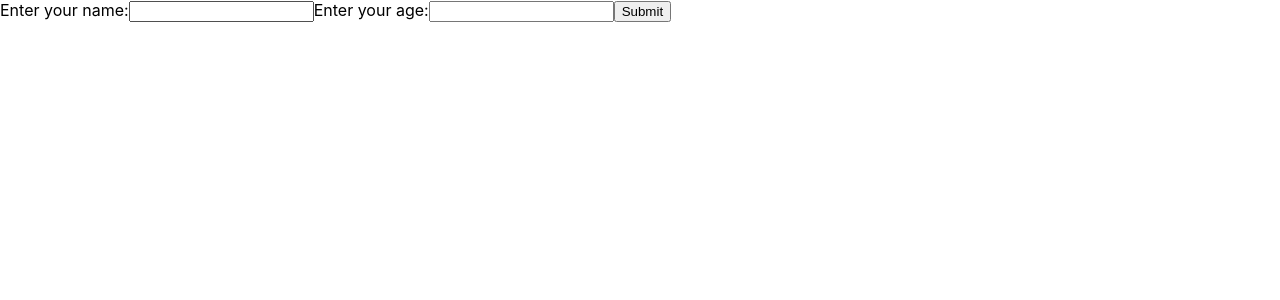
Repository: talha-mahmood/form_react
Page: /
The author's editor kept a copy of each file at every save. The page is drawn from the files as they stood at one save, then again after the next save.
The browser window is 1280 px wide. The pictures show the whole page.
The project was rebuilt for these pictures with package versions that can differ from the ones it lists, and the page was loaded fresh each time. Also part of the build but not shown: src/App.css.

Above is the page before, as saved 2023-03-13 15:40:45.

### public/index.html
<!DOCTYPE html>
<html lang="en">
  <head>
    <meta charset="utf-8" />
    <link rel="icon" href="%PUBLIC_URL%/favicon.ico" />
    <meta name="viewport" content="width=device-width, initial-scale=1" />
    <meta name="theme-color" content="#000000" />
    <meta
      name="description"
      content="Web site created using create-react-app"
    />

    <link rel="apple-touch-icon" href="%PUBLIC_URL%/logo192.png" />
    <!--
      manifest.json provides metadata used when your web app is installed on a
      user's mobile device or desktop. See https://developers.google.com/web/fundamentals/web-app-manifest/
    -->
    <link rel="manifest" href="%PUBLIC_URL%/manifest.json" />
    <!--
      Notice the use of %PUBLIC_URL% in the tags above.
      It will be replaced with the URL of the `public` folder during the build.
      Only files inside the `public` folder can be referenced from the HTML.

      Unlike "/favicon.ico" or "favicon.ico", "%PUBLIC_URL%/favicon.ico" will
      work correctly both with client-side routing and a non-root public URL.
      Learn how to configure a non-root public URL by running `npm run build`.
    -->
    <title>React App</title>
  </head>
  <body>
    <noscript>You need to enable JavaScript to run this app.</noscript>
    <div id="root"></div>

    <!--
      This HTML file is a template.
      If you open it directly in the browser, you will see an empty page.

      You can add webfonts, meta tags, or analytics to this file.
      The build step will place the bundled scripts into the <body> tag.

      To begin the development, run `npm start` or `yarn start`.
      To create a production bundle, use `npm run build` or `yarn build`.
    -->
  </body>
</html>

### src/App.js
import './App.css';
import React, { useState } from 'react';

const App=()=>{
  const [inputs, setInputs] = useState({});

  const handleChange = (event) => {
    const name = event.target.name;
    const value = event.target.value;
    setInputs(values => ({...values, [name]: value}))
  }

  const handleSubmit = (event) => {
    event.preventDefault();
    alert(inputs);
  }

  return (
    <form onSubmit={handleSubmit}>
      <label>Enter your name:
      <input
        type="text"
        name="username"
        value={inputs.username || ""}
        onChange={handleChange}
      />
      </label>
      <label>Enter your age:
        <input
          type="number"
          name="age"
          value={inputs.age || ""}
          onChange={handleChange}
        />
        </label>
        <input type="submit" />
    </form>
  )
}

export default App;

Loaded but not shown: src/index.js (common file); src/index.css (common file); src/reportWebVitals.js (common file)

After the next save:
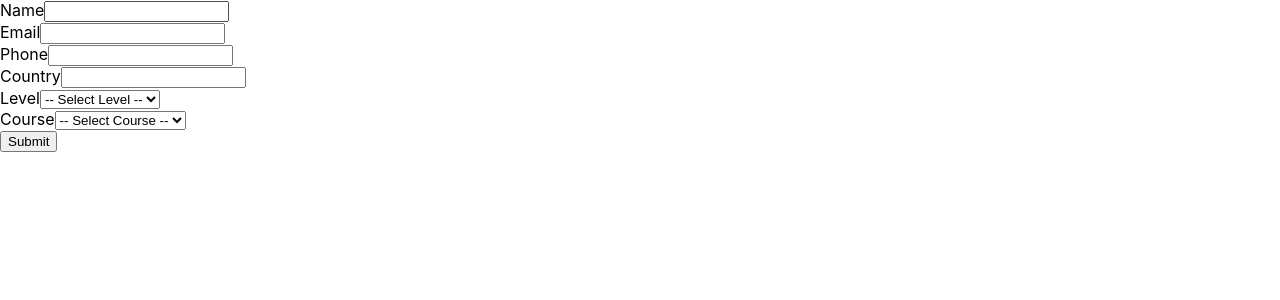
Saved 5 min 9 s later.
--- a/src/App.js
+++ b/src/App.js
@@ -2,40 +2,81 @@ import './App.css';
 import React, { useState } from 'react';
 
 const App=()=>{
-  const [inputs, setInputs] = useState({});
-
-  const handleChange = (event) => {
-    const name = event.target.name;
-    const value = event.target.value;
-    setInputs(values => ({...values, [name]: value}))
-  }
+  const [name, setName] = useState('');
+  const [email, setEmail] = useState('');
+  const [phone, setPhone] = useState('');
+  const [country, setCountry] = useState('');
+  const [level, setLevel] = useState('');
+  const [course, setCourse] = useState('');
 
   const handleSubmit = (event) => {
     event.preventDefault();
-    alert(inputs);
+    // TODO: handle form submission
   }
 
   return (
     <form onSubmit={handleSubmit}>
-      <label>Enter your name:
-      <input
-        type="text"
-        name="username"
-        value={inputs.username || ""}
-        onChange={handleChange}
-      />
-      </label>
-      <label>Enter your age:
+      <div>
+        <label htmlFor="name">Name</label>
         <input
-          type="number"
-          name="age"
-          value={inputs.age || ""}
-          onChange={handleChange}
+          type="text"
+          id="name"
+          value={name}
+          onChange={(event) => setName(event.target.value)}
+          required
         />
-        </label>
-        <input type="submit" />
+      </div>
+      <div>
+        <label htmlFor="email">Email</label>
+        <input
+          type="email"
+          id="email"
+          value={email}
+          onChange={(event) => setEmail(event.target.value)}
+          required
+        />
+      </div>
+      <div>
+        <label htmlFor="phone">Phone</label>
+        <input
+          type="tel"
+          id="phone"
+          value={phone}
+          onChange={(event) => setPhone(event.target.value)}
+          required
+        />
+      </div>
+      <div>
+        <label htmlFor="country">Country</label>
+        <input
+          type="text"
+          id="country"
+          value={country}
+          onChange={(event) => setCountry(event.target.value)}
+          required
+        />
+      </div>
+      <div>
+        <label htmlFor="level">Level</label>
+        <select id="level" value={level} onChange={(event) => setLevel(event.target.value)} required>
+          <option value="">-- Select Level --</option>
+          <option value="Beginner">Beginner</option>
+          <option value="Intermediate">Intermediate</option>
+          <option value="Advanced">Advanced</option>
+        </select>
+      </div>
+      <div>
+        <label htmlFor="course">Course</label>
+        <select id="course" value={course} onChange={(event) => setCourse(event.target.value)} required>
+          <option value="">-- Select Course --</option>
+          <option value="Quranic Arabic">Quranic Arabic</option>
+          <option value="Tafseer">Tafseer</option>
+          <option value="Hifz">Hifz</option>
+        </select>
+      </div>
+      <button type="submit">Submit</button>
     </form>
-  )
+  );
 }
 
 export default App;
